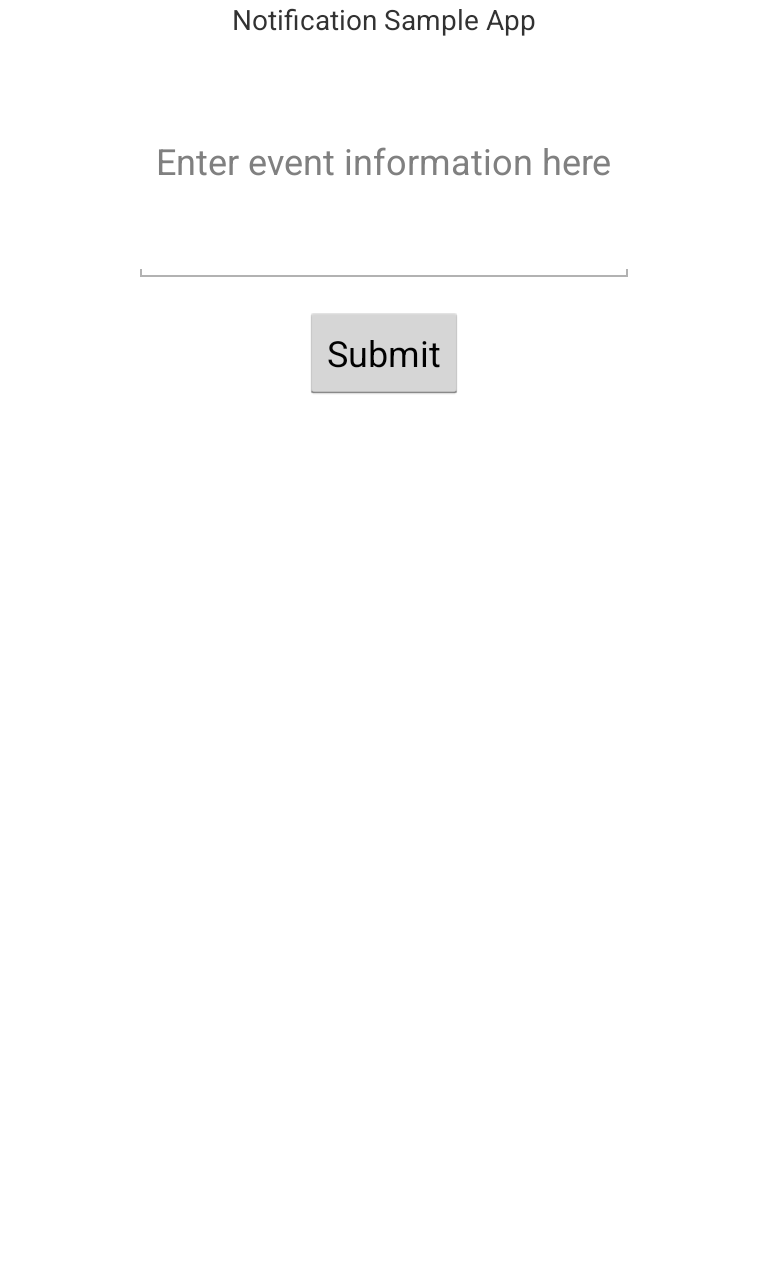
Repository: valleskeyp/Hive6Sample
Layout: NotificationSample/res/layout/activity_main.xml
These files come from the project's save history. The layout is drawn as it stood at one moment and after the next save; the edit follows.
It is drawn on a 768 x 1280 px phone screen (xhdpi) without system bars, with theme AppTheme; the app's code is not run.

Above is the layout before, as saved 2014-01-14 18:40:27.

### NotificationSample/res/layout/activity_main.xml
<LinearLayout xmlns:android="http://schemas.android.com/apk/res/android"
    xmlns:tools="http://schemas.android.com/tools"
    android:id="@+id/create_layout"
    android:layout_width="fill_parent"
    android:layout_height="fill_parent"
    android:orientation="vertical"
    tools:ignore="HardcodedText" >

    <TextView
        android:layout_width="wrap_content"
        android:layout_height="wrap_content"
        android:layout_gravity="center_horizontal"
        android:text="Notification Sample App" />
    <EditText
        android:lines="5"
        android:layout_width="wrap_content"
        android:layout_height="wrap_content"
        android:layout_gravity="center_horizontal"
        android:hint="Enter event information here" />
    <Button
        android:layout_marginTop="10dp"
        android:layout_gravity="center_horizontal"
        android:id="@+id/submit"
        android:layout_width="wrap_content"
        android:layout_height="wrap_content"
        android:text="Submit" />

</LinearLayout>

Loaded but not shown: NotificationSample/res/values/styles.xml (common file); NotificationSample/res/values-v11/styles.xml (common file); NotificationSample/res/values-v14/styles.xml (common file)

After the next save:
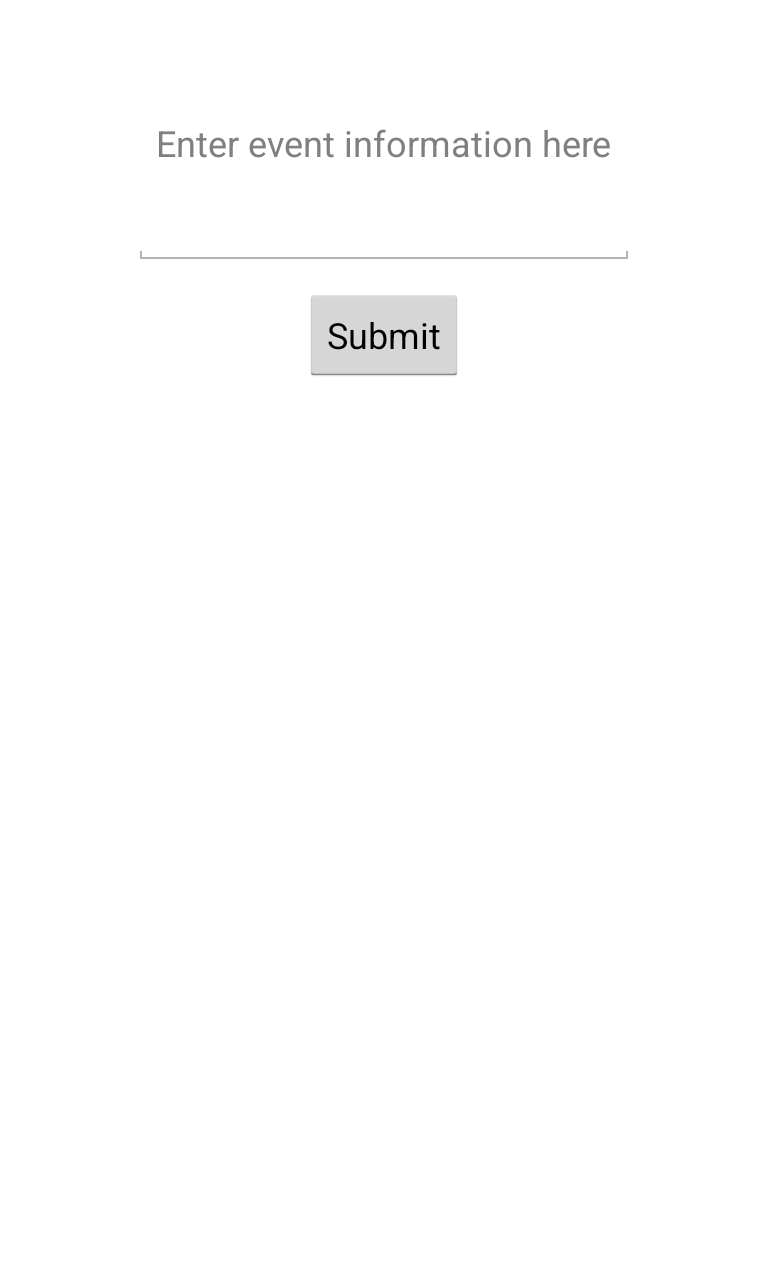
Saved 29 s later.
--- a/NotificationSample/res/layout/activity_main.xml
+++ b/NotificationSample/res/layout/activity_main.xml
@@ -6,12 +6,8 @@
     android:orientation="vertical"
     tools:ignore="HardcodedText" >
 
-    <TextView
-        android:layout_width="wrap_content"
-        android:layout_height="wrap_content"
-        android:layout_gravity="center_horizontal"
-        android:text="Notification Sample App" />
     <EditText
+        android:layout_marginTop="10dp"
         android:lines="5"
         android:layout_width="wrap_content"
         android:layout_height="wrap_content"
